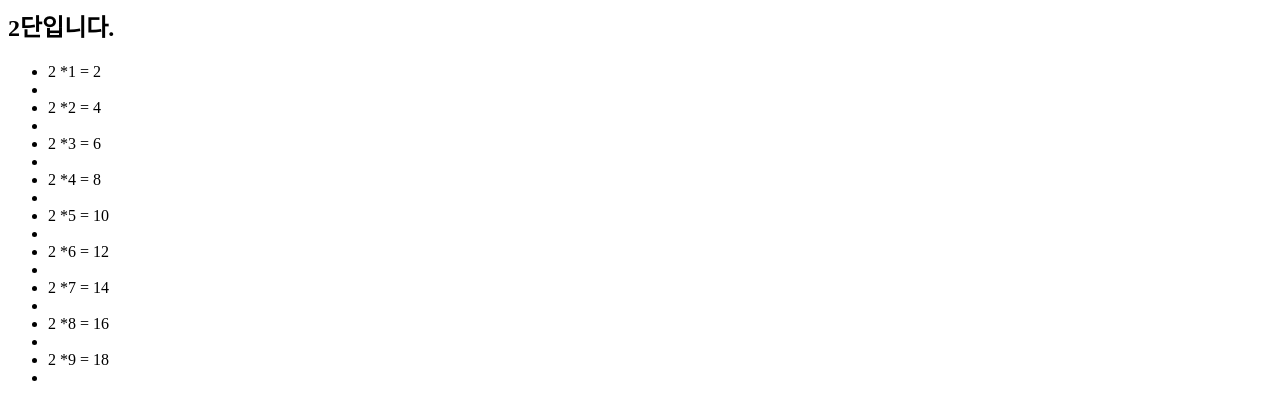
Repository: Byeonghee-son/DB-Servlet
Page: http://localhost/ServletStudy/gugudan
These files come from the project's save history. The page is drawn as it stood at one moment and after the next save; the edit follows.
The browser window is 1280 px wide. The pictures show the whole page.
The page is served by Tomcat 9. Other server files are loaded and not shown.

Above is the page before, as saved 2023-05-11 05:38:02.

### ServletStudy/src/main/java/edu/pnu/servlet/gugudan.java
package edu.pnu.servlet;

import java.io.IOException;
import java.io.PrintWriter;

import javax.servlet.ServletException;
import javax.servlet.annotation.WebServlet;
import javax.servlet.http.HttpServlet;
import javax.servlet.http.HttpServletRequest;
import javax.servlet.http.HttpServletResponse;

@WebServlet("/gugudan")
public class gugudan extends HttpServlet {
	private static final long serialVersionUID = 1L;

	@Override
	protected void service(HttpServletRequest req, HttpServletResponse resp) throws ServletException, IOException {
		// TODO Auto-generated method stub
		resp.setContentType("text/html; charset=utf-8");
		PrintWriter out = resp.getWriter();

		out.println("<h2>2단입니다.</h2>");
		out.println("<ul>");
		for(int i = 1; i < 10 ; i++) {
			out.println("<li> 2 *" + i + " = " + 2 * i + "<li>");
		}
		out.println("</ul>");
	}
}

After the next save:
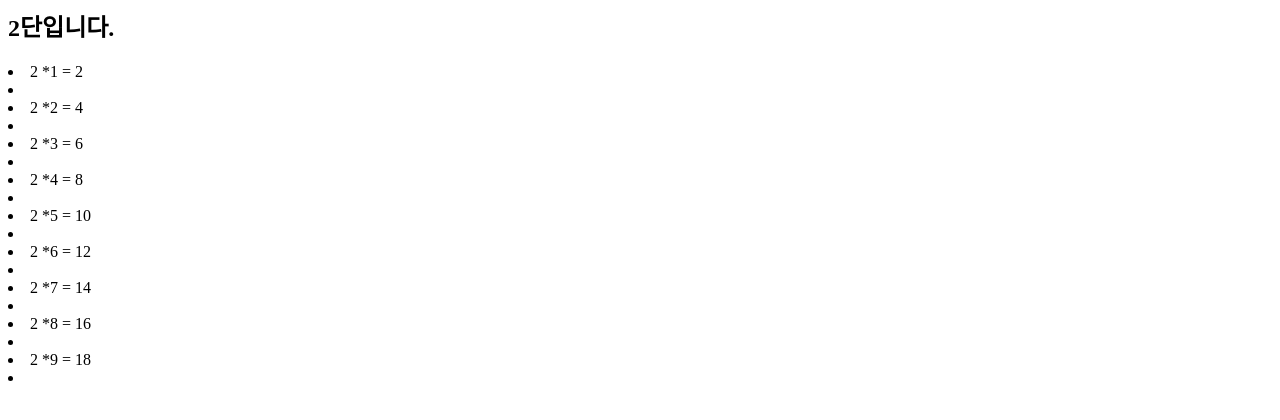
Saved 17 s later.
--- a/ServletStudy/src/main/java/edu/pnu/servlet/gugudan.java
+++ b/ServletStudy/src/main/java/edu/pnu/servlet/gugudan.java
@@ -20,10 +20,10 @@ public class gugudan extends HttpServlet {
 		PrintWriter out = resp.getWriter();
 
 		out.println("<h2>2단입니다.</h2>");
-		out.println("<ul>");
+
 		for(int i = 1; i < 10 ; i++) {
 			out.println("<li> 2 *" + i + " = " + 2 * i + "<li>");
 		}
-		out.println("</ul>");
+
 	}
 }
